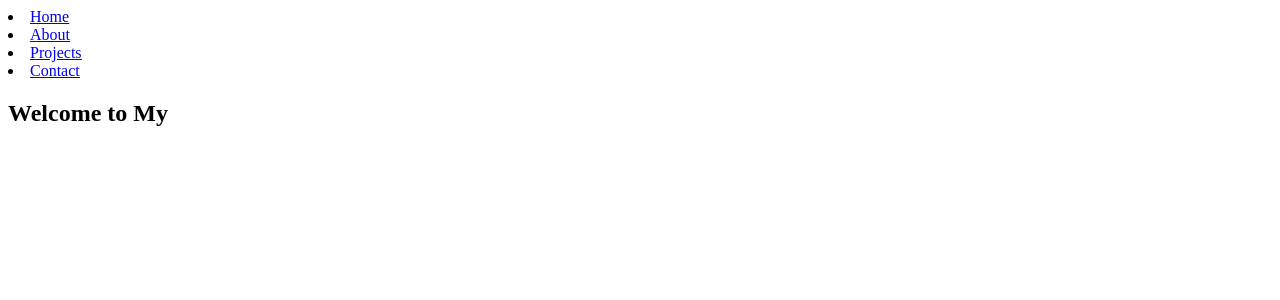
Repository: 4Kbrain/Portofolio
Page: index.html
The author's editor kept a copy of each file at every save. The page is drawn from the files as they stood at one save, then again after a run of saves.
The browser window is 1280 px wide. The pictures show the whole page.

Above is the page before, as saved 2024-05-15 07:29:07.

After the next 2 saves:
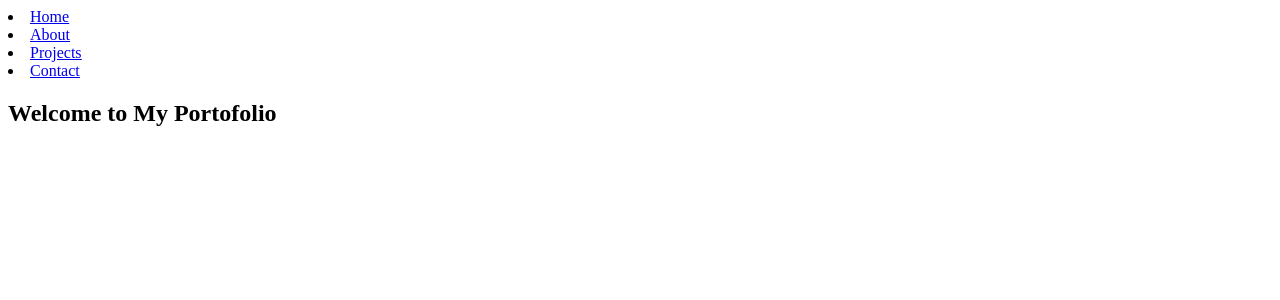
The 2 saves are shown as one change because they came seconds apart.
The last was saved 34 s later.
--- a/index.html
+++ b/index.html
@@ -18,7 +18,8 @@
     </header>
 
 <section id="home">
-    <h1>Welcome to My </h1>
+    <h1>Welcome to My Portofolio</h1>
+
 </section>
 </body>
 </html>
